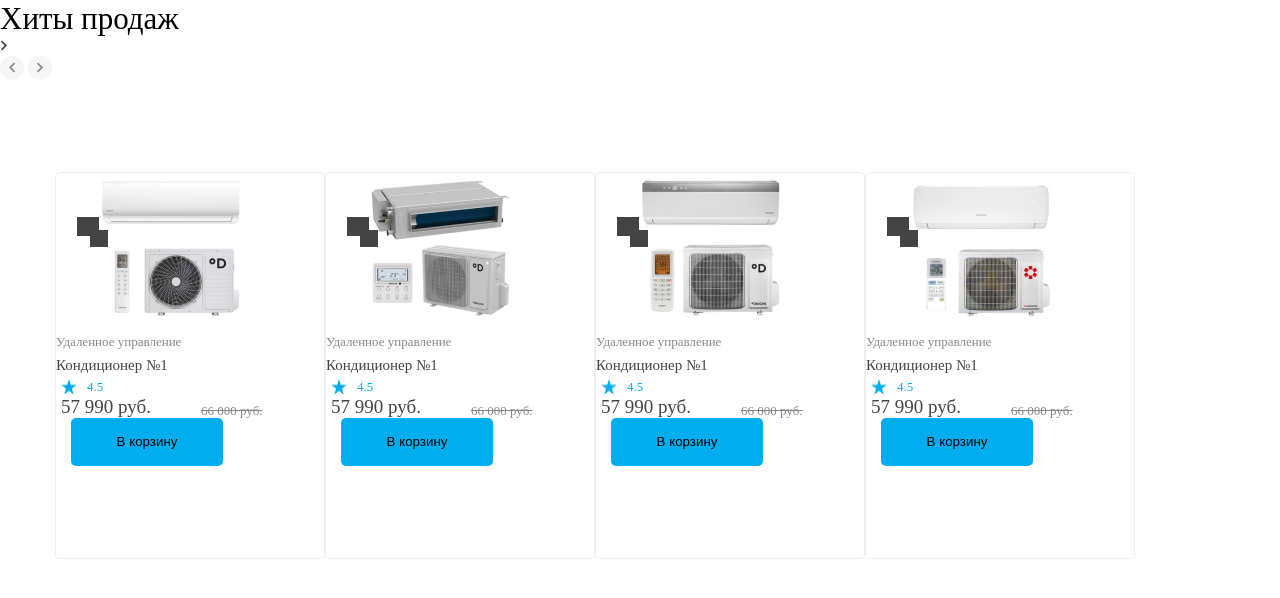
Repository: NikaMana/us
Page: index.html
The author's editor kept a copy of each file at every save. The page is drawn from the files as they stood at one save, then again after the next save.
The browser window is 1280 px wide. The pictures show the whole page.

Above is the page before, as saved 2021-09-15 15:45:27.

### index.html
<!DOCTYPE html>
<html lang="ru">
<head>
    <meta charset="utf-8">
    <title>Main page</title>
    <meta name="viewport" content="widht=1100, initial-scale=1.0">
    <link rel="stylesheet" href="./styles.css">


</head>
<body>
<div class="welcome">
  <div class="welcome__container">
    <div class="welcome__up">
      <div class="welcome__left">
        <h1 class="welcome__hits">Хиты продаж</h1>
        <img class="welcome__arr" src="/img/arrbl.png" alt="blackarrow">
      </div>
      <div class="welcome__right">
        <img class="welcome__arr-left" src="/img/arrleft.png" alt="arrowleft">
        <img class="welcome__arr-right" src="/img/arrright.png" alt="arrowright">
      </div>
    </div>
      <div class="welcome__block-container">
        <div class="welcome__block">
          <img class="welcome__pic" src="/img/pic1.png" alt="condition">
          <h4 class="welcome__control">Удаленное управление</h4>
          <h3 class="welcome__condition">Кондиционер №1</h3>
          <div class="welcome__rating">
            <img class="welcome__star" src="/img/Star.png" alt="star">
            <span class="welcome__score">4.5</span>
          </div>
          <div class="welcome__price">
            <h2 class="welcome__price-current">57 990 руб.</h2>
            <h3 class="welcome__price-past">66 000 руб.</h3>
          </div>
          <div class="welcome__adding">
            <button class="welcome__button">В корзину</button>
            <img class="welcome__like" src="/img/like.png" alt="like">
            <img class="welcome__plus" src="/img/add.png" alt="add">
          </div>
        </div>
        <div class="welcome__block">
          <img class="welcome__pic" src="/img/pic2.png" alt="condition">
          <h4 class="welcome__control">Удаленное управление</h4>
          <h3 class="welcome__condition">Кондиционер №1</h3>
          <div class="welcome__rating">
            <img class="welcome__star" src="/img/Star.png" alt="star">
            <span class="welcome__score">4.5</span>
          </div>
          <div class="welcome__price">
            <h2 class="welcome__price-current">57 990 руб.</h2>
            <h3 class="welcome__price-past">66 000 руб.</h3>
          </div>
          <div class="welcome__adding">
            <button class="welcome__button">В корзину</button>
            <img class="welcome__like" src="/img/like.png" alt="like">
            <img class="welcome__plus" src="/img/add.png" alt="add">
          </div>
        </div>
        <div class="welcome__block">
          <img class="welcome__pic" src="/img/pic3.png" alt="condition">
          <h4 class="welcome__control">Удаленное управление</h4>
          <h3 class="welcome__condition">Кондиционер №1</h3>
          <div class="welcome__rating">
            <img class="welcome__star" src="/img/Star.png" alt="star">
            <span class="welcome__score">4.5</span>
          </div>
          <div class="welcome__price">
            <h2 class="welcome__price-current">57 990 руб.</h2>
            <h3 class="welcome__price-past">66 000 руб.</h3>
          </div>
          <div class="welcome__adding">
            <button class="welcome__button">В корзину</button>
            <img class="welcome__like" src="/img/like.png" alt="like">
            <img class="welcome__plus" src="/img/add.png" alt="add">
          </div>
        </div>
        <div class="welcome__block">
          <img class="welcome__pic" src="/img/pic4.png" alt="condition">
          <h4 class="welcome__control">Удаленное управление</h4>
          <h3 class="welcome__condition">Кондиционер №1</h3>
          <div class="welcome__rating">
            <img class="welcome__star" src="/img/Star.png" alt="star">
            <span class="welcome__score">4.5</span>
          </div>
          <div class="welcome__price">
            <h2 class="welcome__price-current">57 990 руб.</h2>
            <h3 class="welcome__price-past">66 000 руб.</h3>
          </div>
          <div class="welcome__adding">
            <button class="welcome__button">В корзину</button>
            <img class="welcome__like" src="/img/like.png" alt="like">
            <img class="welcome__plus" src="/img/add.png" alt="add">
          </div>
        </div>
      </div>
  </div>
</div>
</body>

### styles.css
*{
  margin: 0;
  padding: 0;
  box-sizing: border-box;
}
button{
  border: none;
  background: no-repeat;
}
h1, h2,h3,h4,h5{
  font-family: none;
  font-size: none;
}
.welcome{
  position: absolute;
  width: 100%;
  height: 100%;
  z-index: 0;
}

.welcome__hits{
font-family: Gotham Pro;
font-size: 31px;
font-style: normal;
font-weight: 300;
line-height: 37px;
letter-spacing: 0em;
text-align: left;
}
.welcome__block-container{
  display: flex;
  flex-direction: row;
}
.welcome__block{
height: 387px;
width: 270px;
left: 55px;
top: 88px;
border-radius: 5px;
position: relative;
height: 387px;
left: 55px;
right: 955px;
top: 88px;
background: #FFFFFF;
border: 1px solid #EEEEEE;
box-sizing: border-box;
border-radius: 5px;
}
.welcome__pic{
height: 150px;
left: 20px;
right: 20px;
top: 20px;
}
.welcome__control{
  position: static;
width: 230px;
height: 19px;
left: 0px;
top: 0px;
font-family: Gotham Pro;
font-style: normal;
font-weight: normal;
font-size: 13px;
line-height: 19px;
color: #888888;
flex: none;
order: 0;
align-self: stretch;
flex-grow: 0;
margin: 5px 0px;
}
.welcome__condition{
  position: static;
width: 230px;
height: 18px;
left: 0px;
top: 0px;
font-family: Gotham Pro;
font-style: normal;
font-weight: normal;
font-size: 15px;
line-height: 18px;
color: #444444;
flex: none;
order: 0;
align-self: stretch;
flex-grow: 0;
margin: 5px 0px;
}
.welcome__rating{
  display: flex;
}
.welcome__star{
  position: static;
width: 16px;
height: 16px;
left: 0px;
top: 0px;
flex: none;
order: 0;
flex-grow: 0;
margin: 0px 5px;
}
.welcome__score{
  position: static;
width: 165px;
height: 15px;
left: 21px;
top: 0px;
font-family: Gotham Pro;
font-style: normal;
font-weight: normal;
font-size: 13px;
line-height: 15px;
display: flex;
align-items: center;
color: #00ADEF;
flex: none;
order: 1;
flex-grow: 1;
margin: 0px 5px;
}
.welcome__price{
  display: flex;
}
.welcome__price-current{
  position: static;
width: 130px;
height: 23px;
left: 0px;
top: 0px;
font-family: Gotham Pro;
font-style: normal;
font-weight: normal;
font-size: 19px;
line-height: 23px;
display: flex;
align-items: flex-end;
color: #444444;
flex: none;
order: 0;
flex-grow: 0;
margin: 0px 5px;
}
.welcome__price-past{
  position: static;
width: 103px;
height: 23px;
left: 135px;
top: 0px;
font-family: Gotham Pro;
font-style: normal;
font-weight: normal;
font-size: 13px;
line-height: 15px;
display: flex;
align-items: flex-end;
text-decoration-line: line-through;
color: #888888;
flex: none;
order: 1;
flex-grow: 0;
margin: 0px 5px;
}
.welcome__adding{
  display: flex;
}
.welcome__button{
  display: flex;
flex-direction: row;
justify-content: center;
align-items: center;
padding: 14px 40px 16px;
position: static;
width: 152px;
height: 48px;
left: 0px;
top: 0px;
background: #00ADEF;
border-radius: 5px;
flex: none;
order: 0;
margin: 0px 15px;
cursor: pointer;
}
.welcome__like{
  position: absolute;
left: 7.69%;
right: 7.69%;
top: 11.54%;
bottom: 13.08%;
background: #444444;
cursor: pointer;
}
.welcome__plus{
  position: absolute;
left: 12.5%;
right: 12.5%;
top: 14.74%;
bottom: 18.75%;
background: #444444;
}

After the next save:
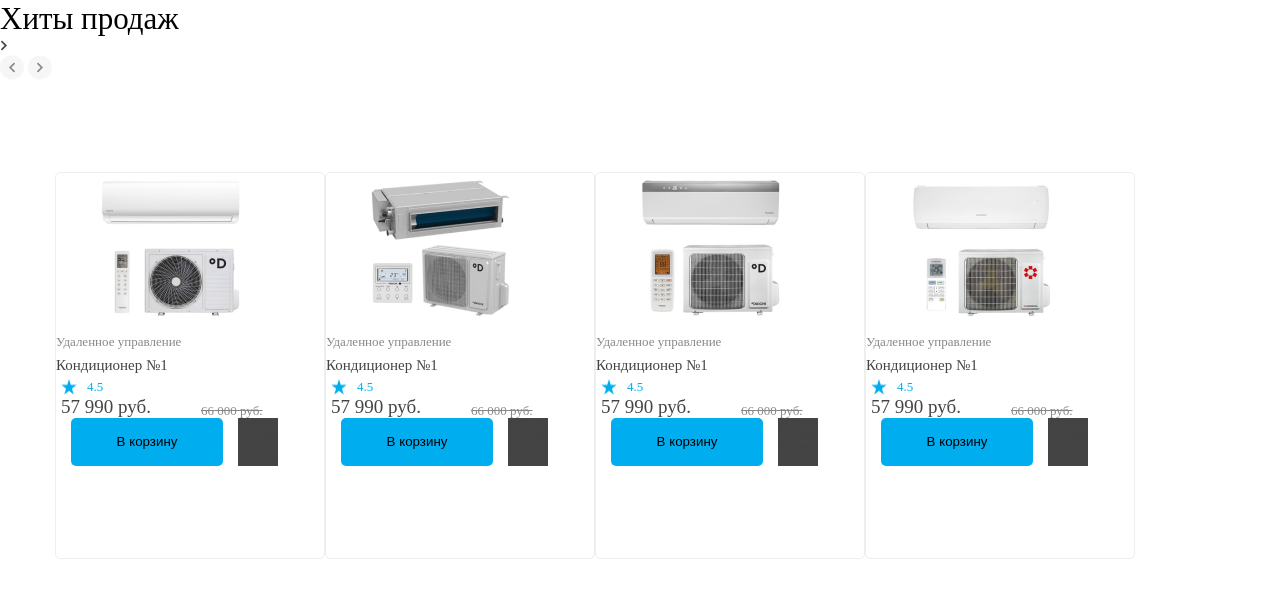
Saved 20 s later.
--- a/styles.css
+++ b/styles.css
@@ -186,7 +186,6 @@ margin: 0px 15px;
 cursor: pointer;
 }
 .welcome__like{
-  position: absolute;
 left: 7.69%;
 right: 7.69%;
 top: 11.54%;
@@ -195,7 +194,6 @@ background: #444444;
 cursor: pointer;
 }
 .welcome__plus{
-  position: absolute;
 left: 12.5%;
 right: 12.5%;
 top: 14.74%;
